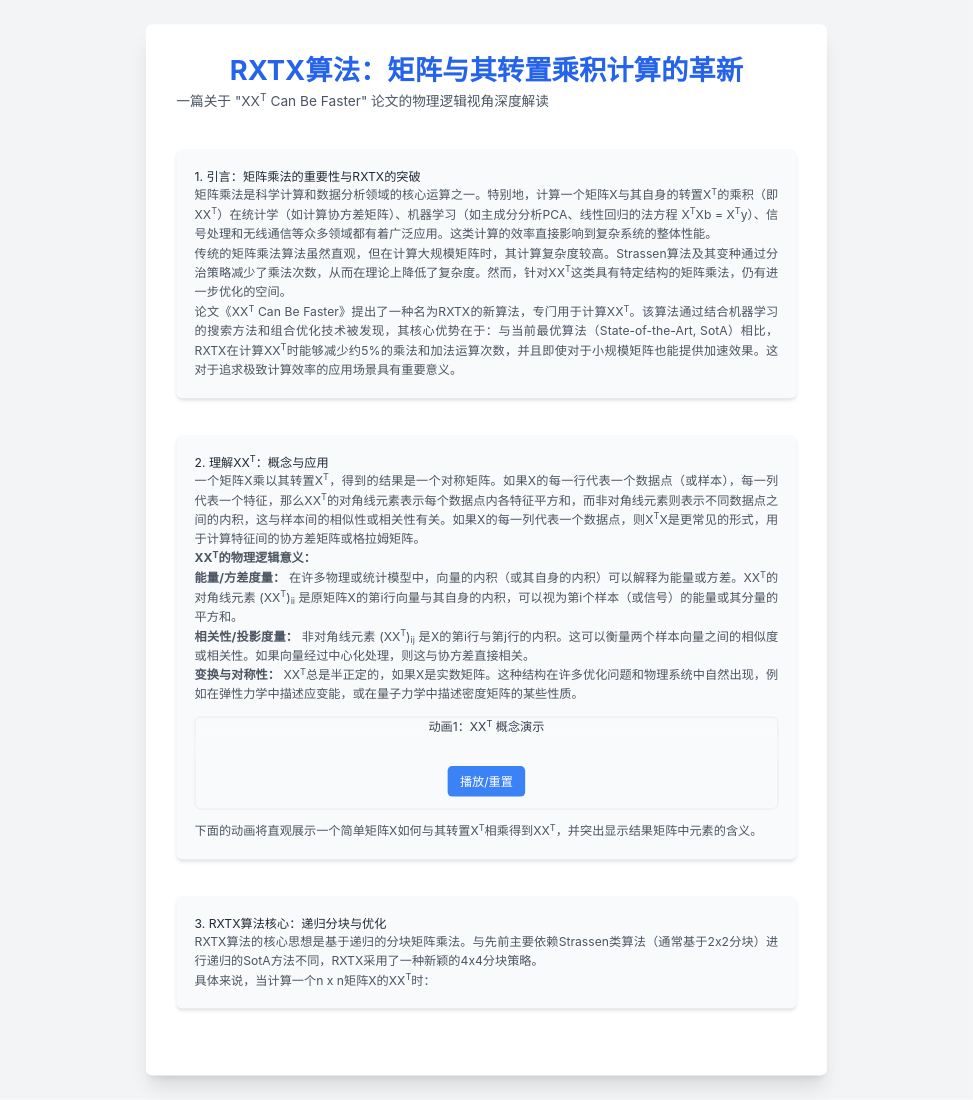
Repository: james130012/newcline
Page: useful/6.新矩阵乘法.html
These files come from the project's save history. The page is drawn as it stood at one moment and after a run of saves; the edit follows.
The browser window is 1280 px wide. The pictures show the whole page, at 76% of full size.
Some web libraries are served in a nearby version.

Above is the page before, as saved 2025-05-17 14:59:09.

After the next 2 saves:
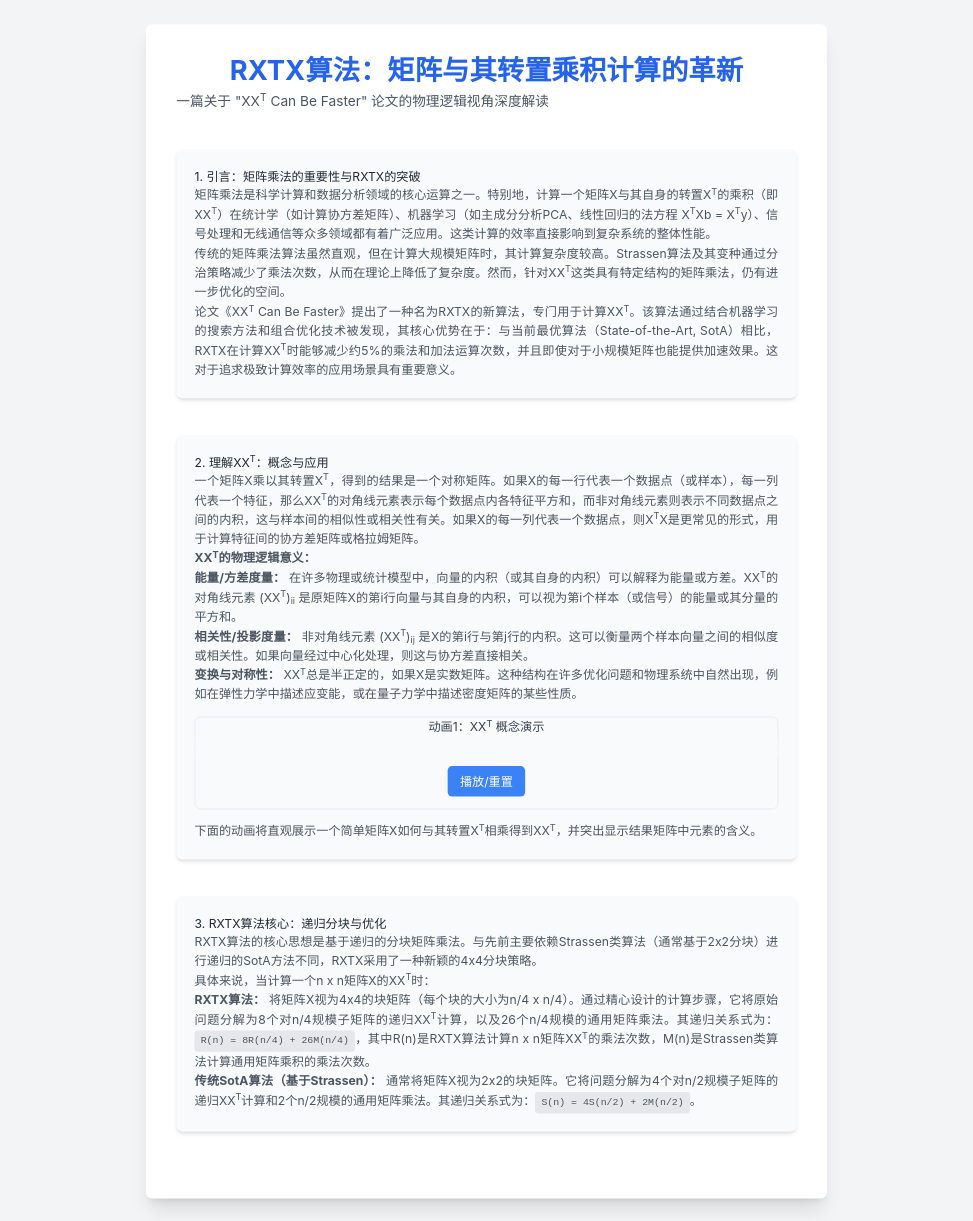
The 2 saves are shown as one change because they came seconds apart.
The last was saved 7 s later.
--- a/useful/6.新矩阵乘法.html
+++ b/useful/6.新矩阵乘法.html
@@ -61,3 +61,6 @@
             <p>RXTX算法的核心思想是基于递归的分块矩阵乘法。与先前主要依赖Strassen类算法（通常基于2x2分块）进行递归的SotA方法不同，RXTX采用了一种新颖的4x4分块策略。</p>
             <p>具体来说，当计算一个n x n矩阵X的XX<sup>T</sup>时：</p>
             <ul>
+                <li><strong>RXTX算法：</strong> 将矩阵X视为4x4的块矩阵（每个块的大小为n/4 x n/4）。通过精心设计的计算步骤，它将原始问题分解为8个对n/4规模子矩阵的递归XX<sup>T</sup>计算，以及26个n/4规模的通用矩阵乘法。其递归关系式为：<span class="formula">R(n) = 8R(n/4) + 26M(n/4)</span>，其中R(n)是RXTX算法计算n x n矩阵XX<sup>T</sup>的乘法次数，M(n)是Strassen类算法计算通用矩阵乘积的乘法次数。</li>
+                <li><strong>传统SotA算法（基于Strassen）：</strong> 通常将矩阵X视为2x2的块矩阵。它将问题分解为4个对n/2规模子矩阵的递归XX<sup>T</sup>计算和2个n/2规模的通用矩阵乘法。其递归关系式为：<span class="formula">S(n) = 4S(n/2) + 2M(n/2)</span>。</li>
+            </ul>
